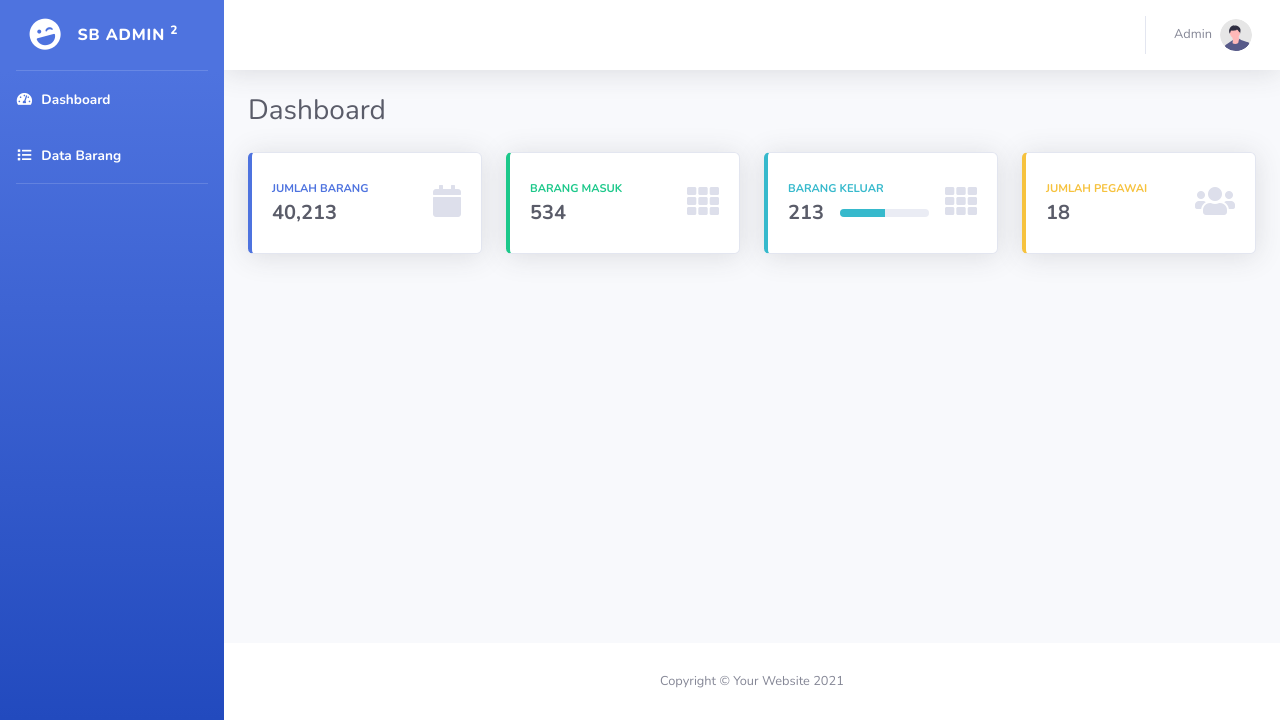
Repository: IamLuth/inventaris
Page: resources/views/admin/kasir/beranda.blade.php
An editor plug-in stored every save of this project. The page is shown before and after the next save, followed by the edit.
The browser window is 1280 px wide. The pictures show the whole page.
The page is served by the project's Laravel application, run on PHP 8.4 with Laravel 10. The template is opened directly, without the code that normally fills it, so the values that code supplies are empty.

Above is the page before, as saved 2025-01-14 19:49:35.
Console error: TypeError: Cannot read properties of null (reading 'length')

After the next save:
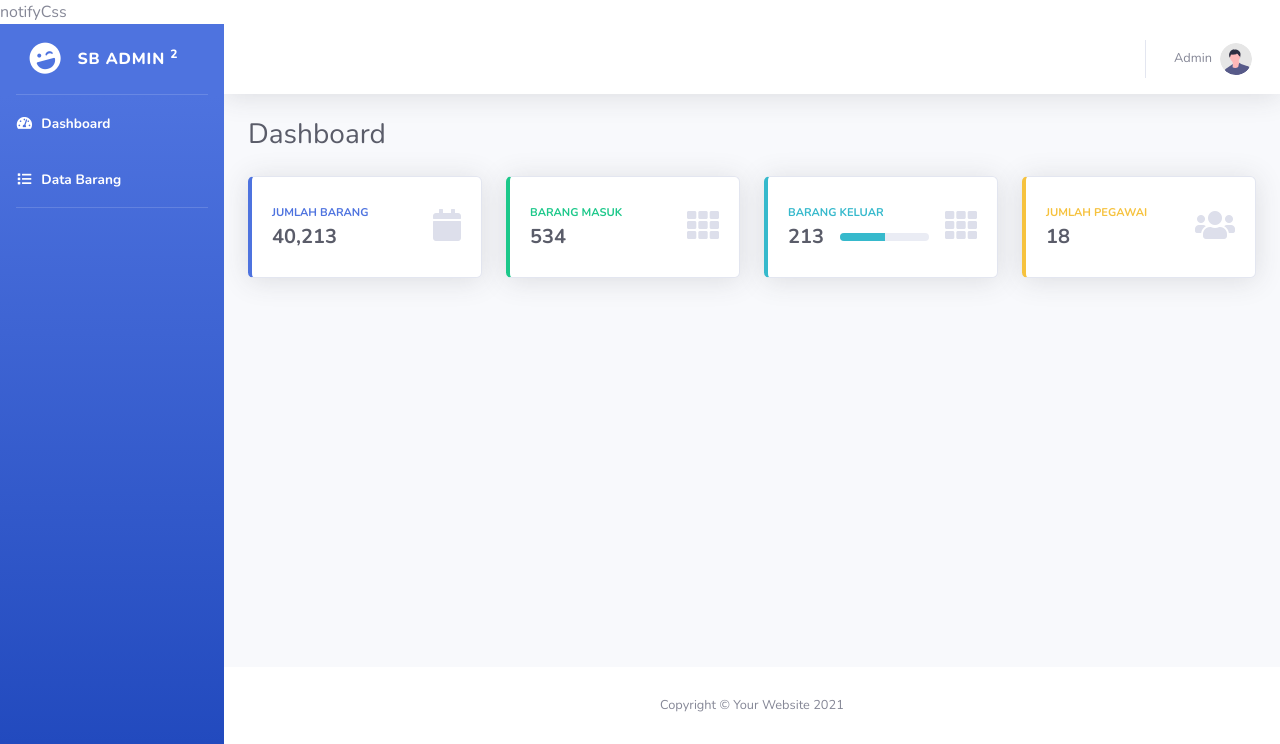
Saved 5 min 16 s later.
--- a/resources/views/admin/layouts/master.blade.php
+++ b/resources/views/admin/layouts/master.blade.php
@@ -9,8 +9,8 @@
     <meta name="description" content="">
     <meta name="author" content="">
 
-    <title>SB Admin 2 - Dashboard</title>
-
+    <title>Inventaris</title>
+    notifyCss
     <!-- Custom fonts for this template-->
     <link href="/sbadmin/vendor/fontawesome-free/css/all.min.css" rel="stylesheet" type="text/css">
     <link
